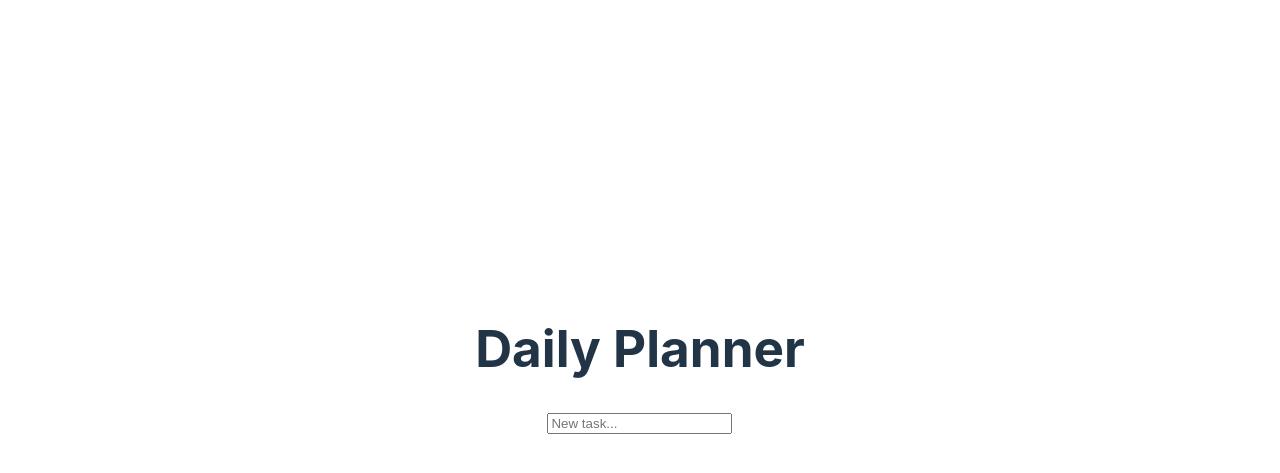
Repository: Vanessahyc/COMP3170_Week6_Lab4
Page: /
An editor plug-in stored every save of this project. The page is shown before and after the next save, followed by the edit.
The browser window is 1280 px wide. The pictures show the whole page.
The project was rebuilt for these pictures with package versions that can differ from the ones it lists, and the page was loaded fresh each time. Also part of the build but not shown: vite.config.js.

Above is the page before, as saved 2024-10-19 22:21:19.

After the next save:
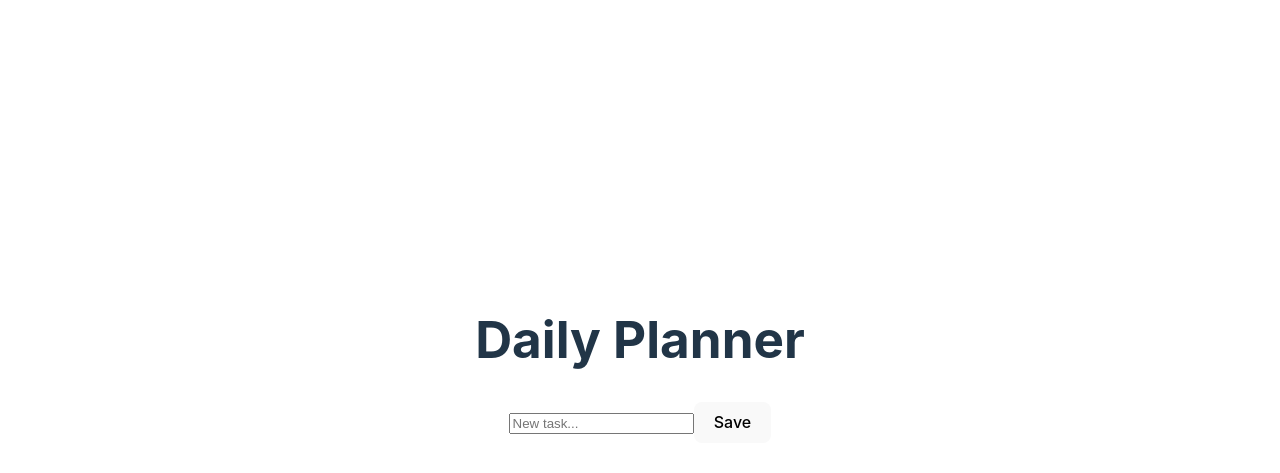
Saved 23 s later.
--- a/src/App.jsx
+++ b/src/App.jsx
@@ -13,6 +13,7 @@ function App() {
       </header>
       <form>
         <input type='text' className='input_box' placeholder='New task...'/>
+        <button type='submit' className='save_btn'>Save</button>
       </form>
     </>
   )
